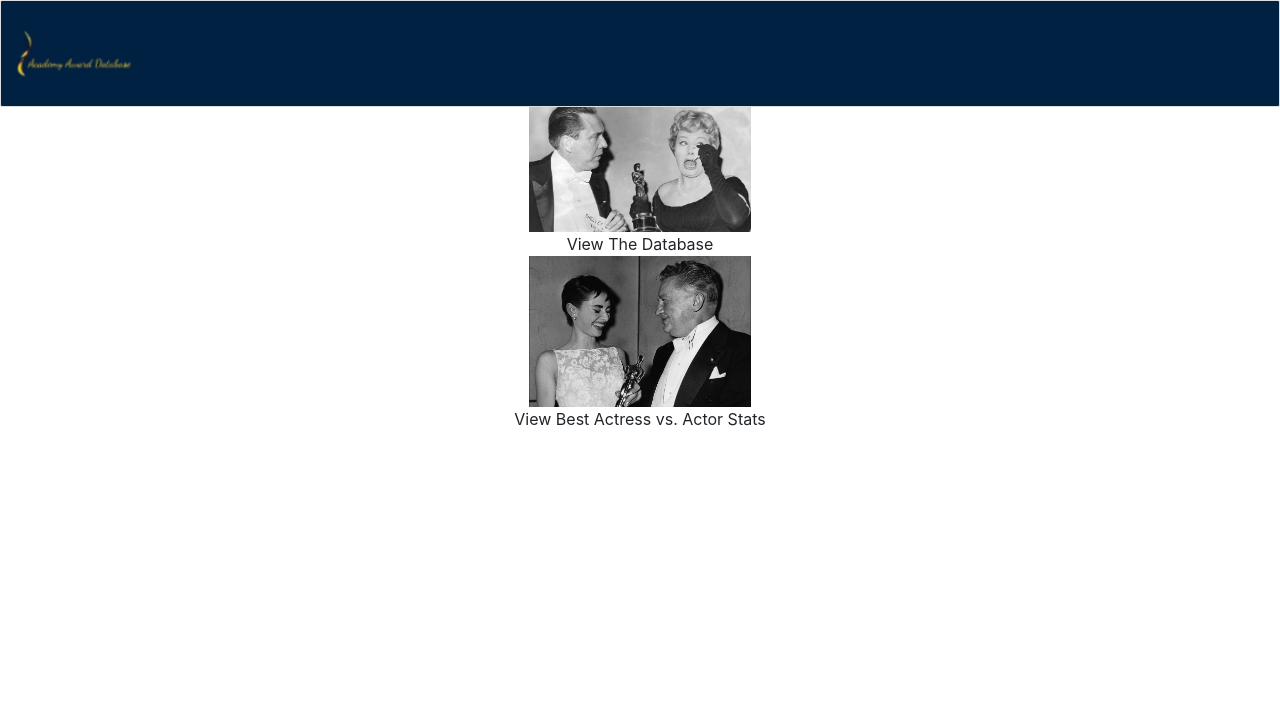
Repository: JackFino/Academy-Awards-Database
Page: html/index.html
The author's editor kept a record of every edit. The page is drawn from the files as they stood at one moment, then again after the next edit.
The browser window is 1280 px wide. The pictures show the whole page.

Above is the page before.

After the next edit:
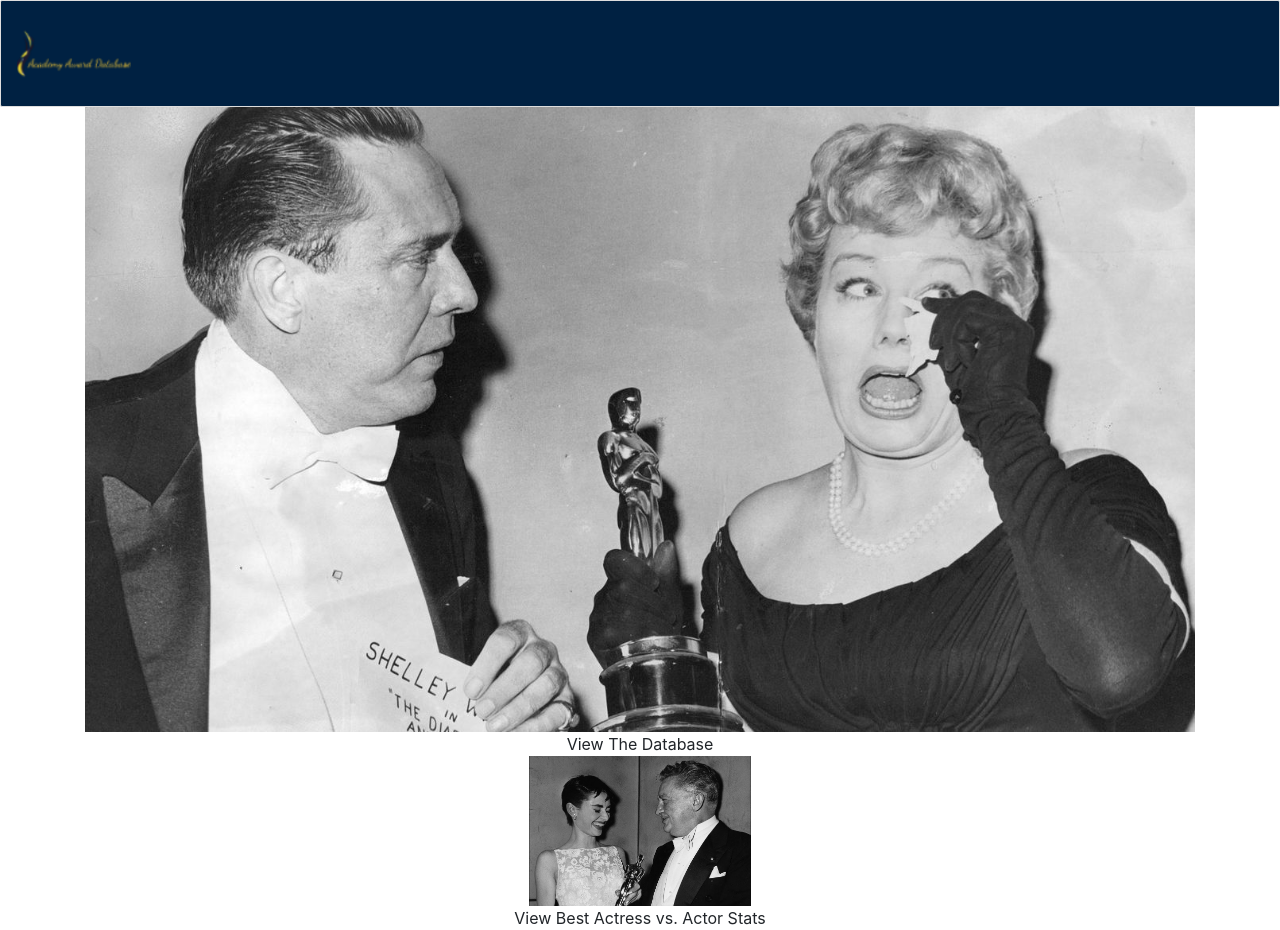
The edit:
--- a/html/index.html
+++ b/html/index.html
@@ -21,7 +21,7 @@
     </nav>
 
     <div class="container">
-        <a="html/datapage.html"> <img src="../Database-pic.jpg" alt="View The Academy Awards Database" class="image" height="20%" width="20%">
+        <a="html/datapage.html"> <img src="../Database-pic.jpg" alt="View The Academy Awards Database" class="image" height="20%" width="100%">
             <div class="middle">
                 <div class="text">View The Database</div>
             </div>
